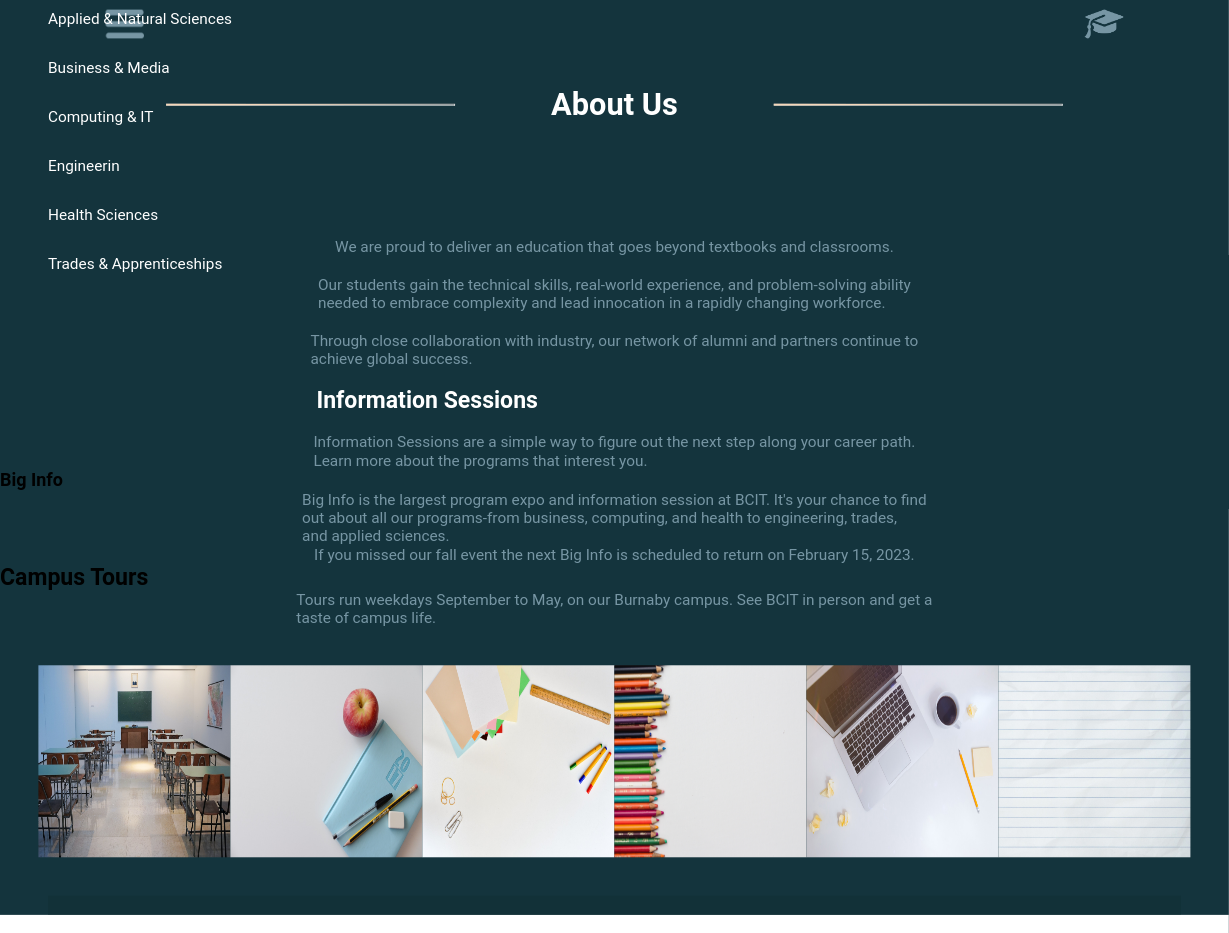
Repository: Sheraliramzan/Aly_A01253508_Assignment1
Page: /about
These files come from the project's save history. The page is drawn as it stood at one moment and after the next save; the edit follows.
The browser window is 1280 px wide. The pictures show the whole page, at 96% of full size.
The project was rebuilt for these pictures with package versions that can differ from the ones it lists, and the page was loaded fresh each time. The framework's server and built-in components were replaced by stand-ins that run in the browser. Also part of the build but not shown: next.config.js.

Above is the page before, as saved 2023-02-05 08:56:45.

After the next save:
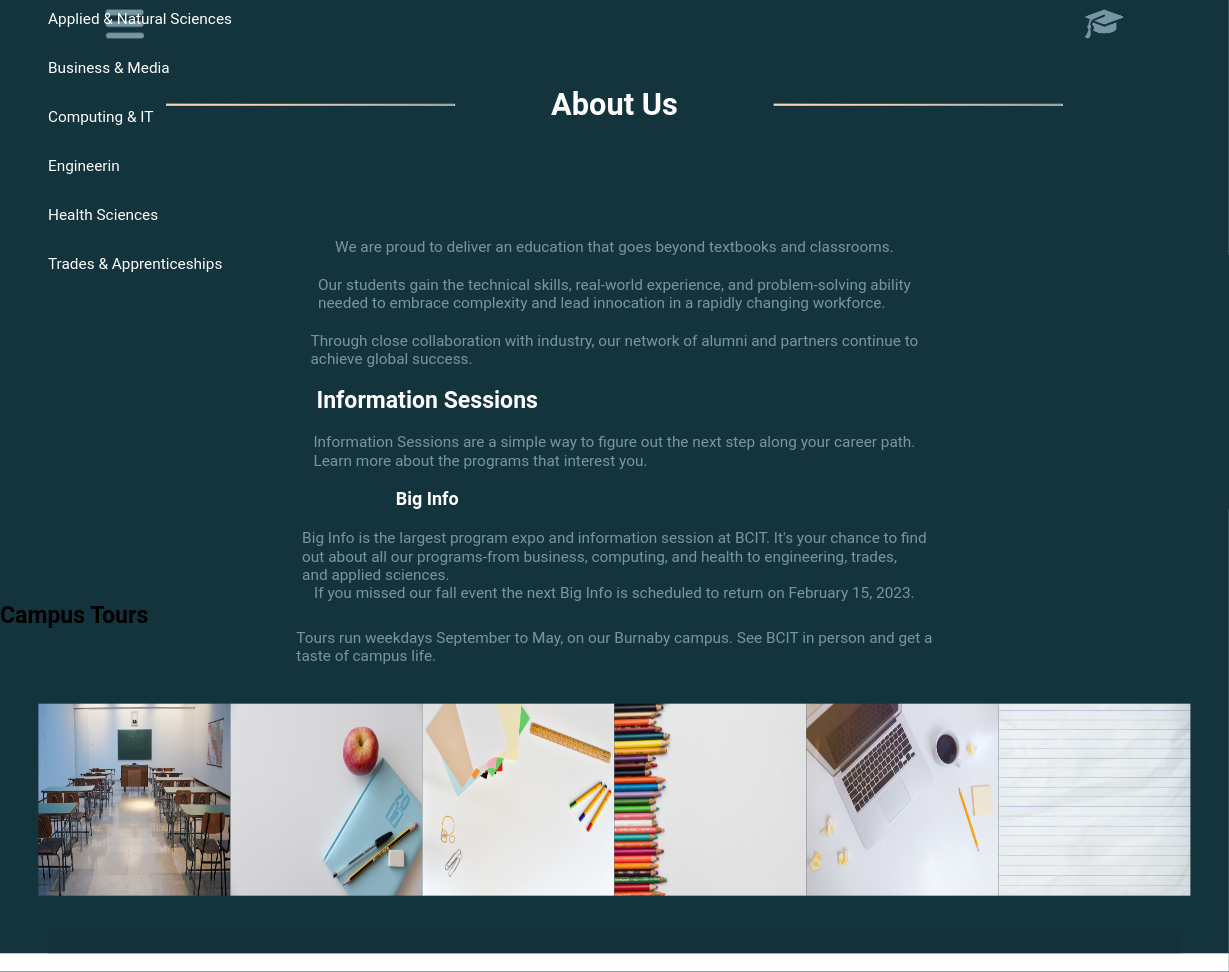
Saved 7 s later.
--- a/styles/globals.css
+++ b/styles/globals.css
@@ -169,7 +169,13 @@ ul > li {
   color: var(--primary-color);
 }
 .header3{
-
+  display: flex;
+  flex-direction: column;
+  align-items: center;
+  margin-right: 390px;
+  margin-top: 20px;
+  margin-bottom: 20px;
+  color: var(--primary-color);
 }
 .para3{
   color: var(--ternary-color);
